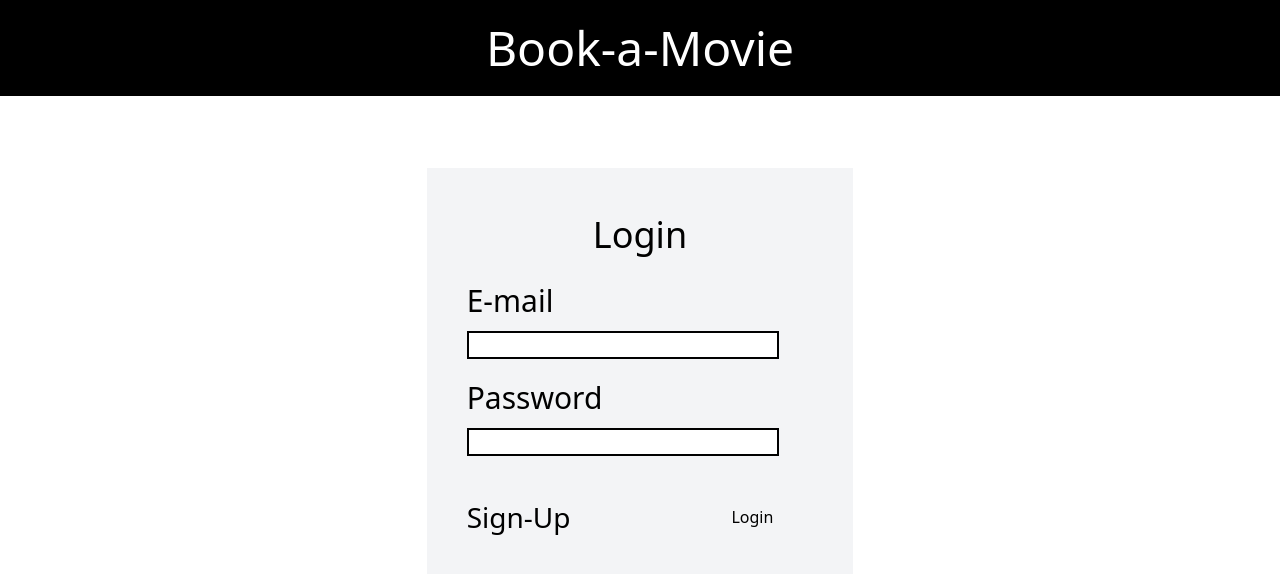
Repository: BhumilModi/movie-booking-app-assignment
Page: /
The author's editor kept a copy of each file at every save. The page is drawn from the files as they stood at one save, then again after the next save.
The browser window is 1280 px wide. The pictures show the whole page.
The project was rebuilt for these pictures with package versions that can differ from the ones it lists, and the page was loaded fresh each time. Also part of the build but not shown: src/App.css.

Above is the page before, as saved 2022-11-29 18:17:47.

### src/App.js
import './App.css';
import Login from './components/Login';
import Navbar from './components/Navbar';

function App() {
  return (
    <div>
      <Login />
    </div>
  );
}

export default App;

### src/components/Login.jsx
import React from "react";
import Navbar from "./Navbar";

function Login() {
  return (
    <div className="flex flex-col justify-center items-center">
      <Navbar />
      <div className="h-[60vh] bg-gray-100 w-1/3 my-[10vh] flex flex-col p-[40px]">
        <div className="text-[36px] mx-auto">Login</div>
        <div className="text-[30px] mt-4 mb-2">E-mail</div>
        <input type="text" className="w-[90%] border-2 border-black" />
        <div className="text-[30px] mt-4 mb-2">Password</div>
        <input type="password" className="w-[90%] border-2 border-black" />
        <div className="flex justify-between items-center mt-10 mr-10">
          <p className="text-[28px]">Sign-Up</p>
          <button>Login</button>
        </div>
      </div>
    </div>
  );
}

export default Login;

### src/components/Navbar.jsx
import React from "react";

function Navbar() {
  return (
    <div className="h-24 bg-black flex justify-center items-center w-full">
      <div className="text-white text-[48px]">Book-a-Movie</div>
    </div>
  );
}

export default Navbar;

Loaded but not shown: public/index.html (common file); src/index.js (common file); src/index.css (common file); tailwind.config.js (common file)

After the next save:
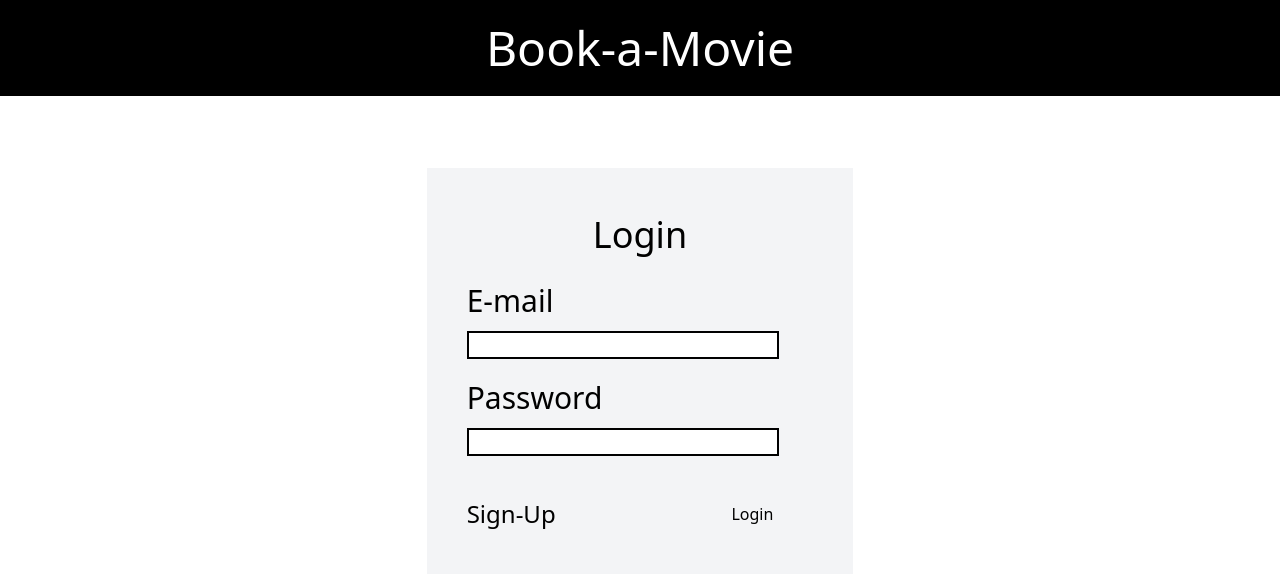
Saved 5 s later.
--- a/src/components/Login.jsx
+++ b/src/components/Login.jsx
@@ -12,7 +12,7 @@ function Login() {
         <div className="text-[30px] mt-4 mb-2">Password</div>
         <input type="password" className="w-[90%] border-2 border-black" />
         <div className="flex justify-between items-center mt-10 mr-10">
-          <p className="text-[28px]">Sign-Up</p>
+          <p className="text-[24px]">Sign-Up</p>
           <button>Login</button>
         </div>
       </div>
